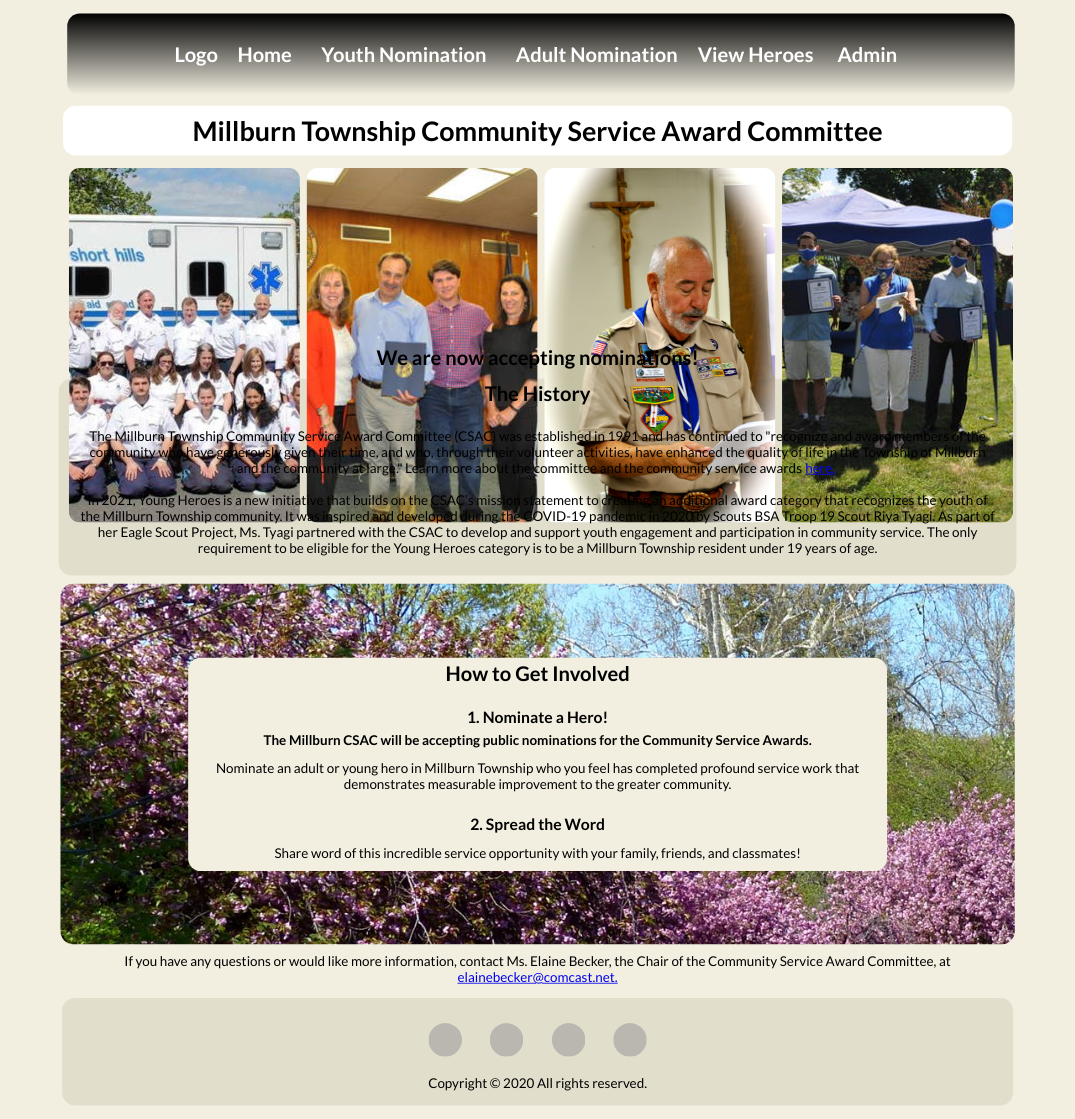
Repository: Centrattic/Young-Heroes-Website
Page: http://localhost/Frontend/home.php
An editor plug-in stored every save of this project. The page is shown before and after the next save, followed by the edit.
The browser window is 1280 px wide. The pictures show the whole page, at 84% of full size.
Pictures or frames that could not be fetched are drawn as grey boxes. The page is run by PHP 8.4 with error messages shown; the project is at /var/www/html/.

Above is the page before, as saved 2020-12-09 15:49:34.

### Eagle Project/Frontend/home.php
<?php
require '../Backend/functions.php';
require '../Backend/dbhconnect.php';
?>

<html>
  <head>
    <link href="https://fonts.googleapis.com/css2?family=Lato:ital,wght@0,400;0,700;1,300;1,400&display=swap" rel="stylesheet">
    <link href="../CSS/home.css" rel="stylesheet" type="text/css" />

    <link rel = "stylesheet" href = "../CSS/navbar.css">
  </head>

  <body>


  <?php
      navbar();
    ?>

    <!--<h4> This website is affiliated with the Millburn Township Community Service Award Committee. </h4> -->
    <!--Banner/Header : history of CSAC , Ok describe that on website ::: incorporate thios is new initative but builds on previous initiative, came up on time of COVID, instead of "THE IMPORTANCE OF RECOGNIING YOUTH VOLUNTEERS -->
    <!-- Delete Mission Statement - JUst describe CSAC Iniative  ======================= OUR HISTORY, with the onset of COVID -- do this....

    Community Service Award OverView and Now YOUNG HEROES

    ALL NEEDED IS TO BE A MILLBURN TOWNSHIP RESIDENTs-->

    <h1 id = "homepagetitle"> Millburn Township Community Service Award Committee </h1>

    <div id = "homepicgrid">
      <div>
        <img src = "../Images/itsquad.jpg">
      </div>
      <div>
        <img src = "../Images/millburncsac.jpg">
      </div>
      <div>
        <img src = "../Images/fineran.jpg">
      </div>
      <div>
        <img src = "../Images/millburnhome.jpg">
      </div>
    </div>




    <h2> We are now accepting nominations!</h2>

    <!--<div id = "hometextgrid">
      <div>
        <h2> The Importance of Recognizing Youth Volunteers </h2>
        <p>Today’s youth are taking charge of environmental and social reforms,
          and they deserve credit and appreciation where it’s due. Up to 55% of youth
          actively participate in service, be it through school or other organizations, but they
          have gone severely underrepresented of late. By commending their efforts, more youth will be
          inspired to volunteer their time towards the community and the nation as a whole. Youth Service
          America reminds us that adolescent brains in particular offer creative solutions to problems,
          unaffected and unaware to the nonanswers common of some, older brains. They provide fresh outlooks
          and ideas that would otherwise go unthought of. Youth service is mutually beneficial to both the
          community and the youth in question; it has also been shown to improve success in the workforce
          and academics in later life with early leadership foundations, as well as fostering positive
          development traits and cosmopolitan mindsets. Some youth lack the incentive -the drive- to
          go out and make a difference, which is why it is vital for them to have an outlet of support and recognition.  </p>
      </div>
      <div>
        <h2> Our Mission Statement </h2>
        <p> The mission of the Young Heroes is to recognize Millburn/Short Hills youth for their contributions,
          to promote community service and good citizenship, to positively impact the community, and to
          give hope and inspiration to others, especially during difficult times such as COVID-19.
          This will be accomplished through a nomination process, verification, parental approval, and
          a final posting to the Millburn Township Young Heroes webpage. The posts will summarize the Young hero’s work
           and qualify them for an annual award given to the two heroes (and runners-ups) who demonstrate the most profound
          service and dedication to the Township, specific cause, and/or the community as a whole.
        </p>
      </div>
    </div>

    and who, through their volunteer activities, have enhanced the quality of life in the Township of Millburn
        and the community at large.”

        who acknowledged the impact of the service work many youth had done to help alleviate
        the effects of the pandemic.

    -->

    <div id = "CSAChistory">
      <h2> The History </h2> <br>
      <p> The Millburn Township Community Service Award Committee (CSAC) was established in 1991 and has continued to "recognize and award members of the community who have
        generously given their time, and who, through their volunteer activities, have enhanced the quality of life in the Township of Millburn and the community at large."
        Learn more about the committee and the community service awards<a href = "https://twp.millburn.nj.us/188/Community-Service-Award-Committee">here.</a>
        <br> <br>In 2021, Young Heroes is a new initiative that builds on the CSAC’s mission statement to creating an additional award category that recognizes the youth of the Millburn Township community.
         It was inspired and developed during the COVID-19 pandemic in 2020 by Scouts BSA Troop 19 Scout Riya Tyagi. As part of her Eagle Scout Project, Ms. Tyagi partnered with the CSAC to develop and support
          youth engagement and participation in community service. The only requirement to be eligible for the Young Heroes category is to be a Millburn Township resident under 19 years of age.
      </p>
    </div>

    <div id = "getinvolved">
          <div id = "nominateahero">
            <h2> How to Get Involved</h2>
            <br>
              <h3> 1. Nominate a Hero!</h3>
              <h4> The Millburn CSAC will be accepting public nominations for the Community Service Awards.</h4>
                <p> Nominate an adult or young hero in Millburn Township who you feel has completed profound service work that demonstrates measurable improvement to the greater community. <br><p>
               <h3>  2. Spread the Word </h3> <p>Share word of this incredible service opportunity with your family, friends, and classmates!</p>
               <!--<h3> 3. <a href = "https://forms.gle/pbJxUtVEzWF9bCSh6"> Volunteer </a></h3>  <p> Millburn Township Young Heroes is an Eagle Scout Project by Riya Tyagi of Troop 19. Volunteer to help her out! </p> -->
               <!-- <h3> 4.<a href = "https://gf.me/u/y3cpyf">Donate</a> </h3> <p> Donate to recognize heroes and their causes. We are very grateful for all donations. All money received will be used to purchase bronze
                  plaques to recognize winners of the awards and to handle the costs of advertising and creating a website. Any extra funds will be donated to the CSAC for future use.</li>
                </p>  -- Put this in explanation of Project --- part of narrative, footer  NICE

                Any youth nominee will also
                become a member of the inaugural class of Youth Heroes award winners.
                                The committee will be accepting nominations at all times of the year.-->
            </div>
    </div>

      <!--<div id = "impact">
        <h2> Our Impact</h2>
        <h3> ____ Youth Heroes Recognized </h3>
        <h3> ____ Adult Heroes Recognized </h3>
        <h3> ____ Awards Given</h3>
      </div>-->

    <h4 style = "width: 80%; margin: 0 auto;"> </h4>

    <p> If you have any questions or would like more information, contact Ms. Elaine Becker, the Chair of the Community Service Award Committee, at <a href = "mailto:elainebecker@comcast.net"> elainebecker@comcast.net.</a></p>

    <div id = "socialmedia">
        <footer id="colophon" class="site-footer" role="contentinfo">
      <div class="social-wrapper">
        <ul>
          <li>
            <a href="#" target="_blank">
              <img src="https://cdn1.iconfinder.com/data/icons/logotypes/32/twitter-128.png" alt="Twitter Logo" class="twitter-icon"></a>
          </li>
          <li>
            <a href="#" target="_blank">
              <img src="https://www.mchenryvillage.com/images/instagram-icon.png" alt="Instagram Logo" class="instagram-icon"></a>
          </li>
          <li>
            <a href="#" target="_blank">
              <img src="https://content.linkedin.com/content/dam/me/business/en-us/amp/brand-site/v2/bg/LI-Bug.svg.original.svg" alt="Linkedin Logo" class="linkedin-icon"></a>
          </li>
          <li>
            <a href="#" target="_blank">
              <img src="http://www.iconarchive.com/download/i54037/danleech/simple/facebook.ico" alt="Facebook Logo" class="facebook-icon"></a>
          </li>

        </ul>
      </div>

      <nav class="footer-nav" role="navigation">
        <p>Copyright &copy;
          <?php echo date("Y"); ?> All rights reserved.</p>
      </nav>
    </footer>
    <!-- #colophon -->
    </div>





</body>
</html>

### Eagle Project/Backend/dbhconnect.php
<?php
  $servername = "localhost";
  $dbUsername = "root";
  $dbPassword = "";
  $dbName = "young_heroes";

  //connecting to database
  $connection = new mysqli($servername, $dbUsername, $dbPassword, $dbName);

  //error message if connection fails
  if(!$connection){
    die("Connection failed: ".mysqli_connect_error());
  }
?>

### Eagle Project/CSS/home.css
* {
    text-align: center;
    padding: 2px;
    margin: 2px;
    font-family: 'Lato', sans-serif;
    border-radius: 15px;

}

body {
    background-color: #F2EFE1;

}

#homepicgrid {
    display: grid;
    width: auto;
    height: 30%;

    grid-template-columns: auto auto auto auto;
    grid-template-rows: auto;
}

#homepicgrid img {
    height: 100%;
    object-fit: cover;
    width: 100%;
}


#homepagetitle {
    font-size: 2em;
    width: auto;
    background-color: white;
    padding: 10px;
    margin: 5px;
}



#hometextgrid {
    display: grid;
    width: auto;
    margin: 0 auto;
    grid-template-columns: auto auto auto;
    grid-template-rows: auto auto;
}

#hometextgrid div {
    background-color: #E2DECC;
    padding: 20px;
}


#CSAChistory {
    background-color: #E2DECC;
    padding: 20px;
    padding-top: 0;
    margin: 10px 0;
}
#impact {
    background-color: white;
    width: 35%;
    margin: 2% auto;
    border: 10px solid transparent;
    border-image: url("../Images/borderhome.jpg") 30 round !important;
}

#impact h3 {
    margin: 15%;
}


#getinvolved {
    background-image: url("../Images/millburnblossoms.jpg");
    height: 60%;
    display: flex;
    align-items: center;
    justify-content: center;
}

#nominateahero {
    width: 70%;
    padding: 0 20px;
    background-color:  #F2EFE1;
}

#getinvolved p {
    margin: 10px;
}

button {
    font-size: 1em;
}



.site-footer {
    background-color: #E2DECC;
      text-align: center;
      margin: 10px 0;
      padding: 10px 0;
  }

  #social-wrapper {
      text-align: center;
  }

  /*Social Media Icons*/
  .social-wrapper {
      text-align: center;
  }

  .social-wrapper ul li {
      display: inline;
      margin: 0 5px;
  }

  .twitter-icon,
  .facebook-icon,
  .instagram-icon,
  .linkedin-icon,
  .googleplus-icon,
  .youtube-icon,
  .foursquare-icon{
      margin-top: .625em;
      width: 40px;
      height: 40px;
      opacity: .6;
      filter: alpha(opacity=60); /* For IE8 and earlier */
    border-radius: 25px;
  }

  .twitter-icon:hover,
  .facebook-icon:hover,
  .instagram-icon:hover,
  .linkedin-icon:hover,
  .googleplus-icon:hover,
  .youtube-icon:hover,
  .foursquare-icon:hover {
      opacity: 1.0;
      filter: alpha(opacity=100); /* For IE8 and earlier */
  }

  .footer-nav p {
      text-align: center;
  }

### Eagle Project/CSS/navbar.css
* {
    text-align: center;
    font-family: 'Lato', sans-serif;
}

body {
    background-color: #F2EFE1;
}


.menu-area li{
    display: inline;
    color: white;
    font-weight: bold;
    font-size: 1.5em;
    padding-bottom: 10px;
}

.menu-area .non-dropdown a{
    display: inline-block;
    padding: 30px 10px;
    text-decoration: none;
    color: white;
    box-sizing: border-box;

}

.menu-area .nav-dropdown .dropdown-content li a{
    display: inline-block;
    text-align: center;
    padding: 14px 16px;
    text-decoration: none;
}

.menu-area {
    width: 100%;
    background-image: linear-gradient(black, #F2EFE1);
    overflow: hidden;
    border-radius: 15px;
}

.menu-area .non-dropdown:hover{
    border-radius: 0px;
    border-bottom: 10px solid aliceblue;

}

.menu-area li a {
    box-sizing: border-box;
}

.nav-dropbtn {
    text-decoration: none;
    color: white;
}

/*FIX THIS LATER*/


#logout {
    all: unset;
}

body {
    margin: 0 5%;
}

/* ------------------*/



li.nav-dropdown {
    display: inline-block;
}

.dropdown-content {
    display: none;
    position: absolute;
    background-color: #f9f9f9;
    min-width: 150px;
    box-shadow: 0px 8px 16px 0px rgba(0,0,0,0.2);
    z-index: 1;

}

.dropdown-content a {
    color: black;
    padding: 12px 16px;
    text-decoration: none;
    display: block;
    font-size: .9em;
    text-align: left;
}


.dropdown-content a:hover {
    background-color: #f1f1f1;
}


.nav-dropdown:hover .dropdown-content {
    display: block;
    border-radius: 0px;
}

Loaded but not shown: Eagle Project/Backend/functions.php (995 lines, source omitted)

After the next save:
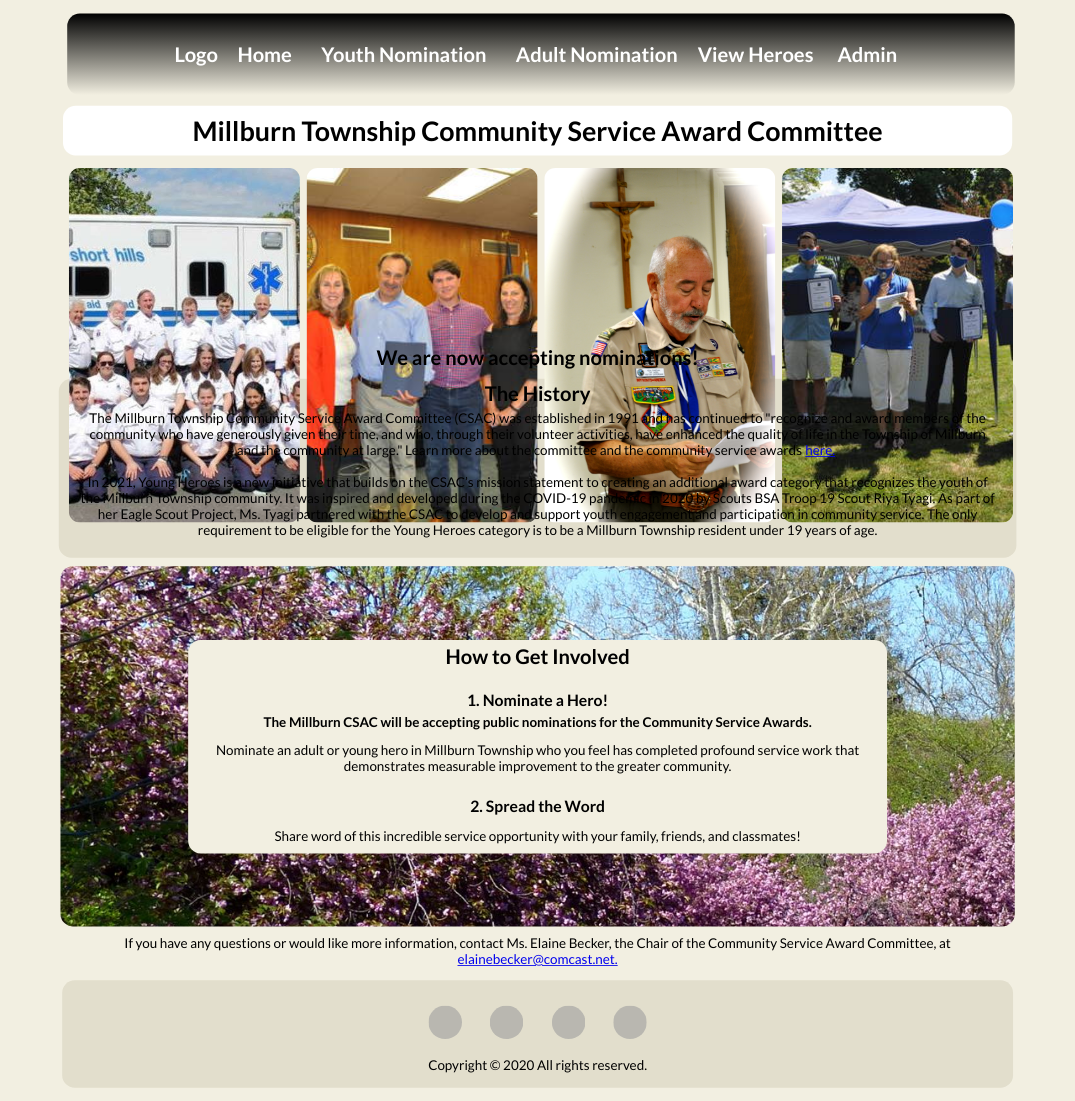
Saved 9 s later.
--- a/Eagle Project/Frontend/home.php
+++ b/Eagle Project/Frontend/home.php
@@ -86,7 +86,7 @@ require '../Backend/dbhconnect.php';
     -->
 
     <div id = "CSAChistory">
-      <h2> The History </h2> <br>
+      <h2> The History </h2>
       <p> The Millburn Township Community Service Award Committee (CSAC) was established in 1991 and has continued to "recognize and award members of the community who have
         generously given their time, and who, through their volunteer activities, have enhanced the quality of life in the Township of Millburn and the community at large."
         Learn more about the committee and the community service awards<a href = "https://twp.millburn.nj.us/188/Community-Service-Award-Committee">here.</a>
